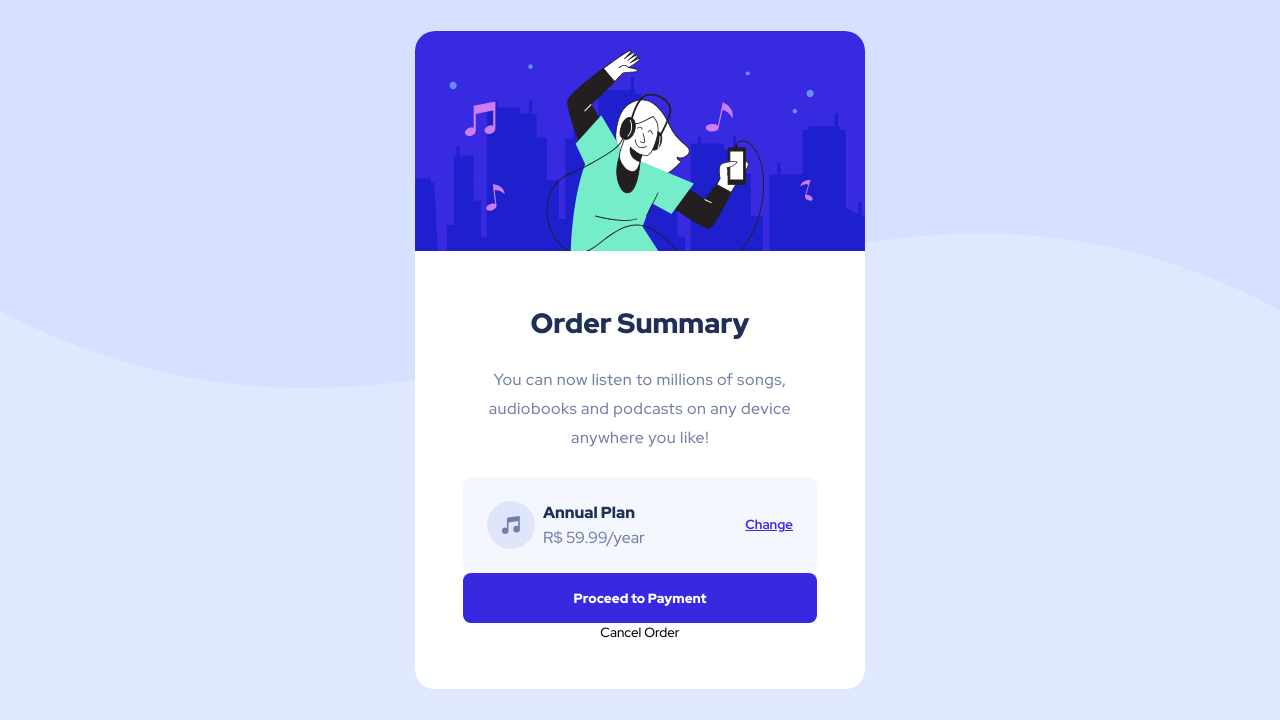
Repository: gccavalheiro/order-summary-card
Page: index.html
An editor plug-in stored every save of this project. The page is shown before and after a run of saves, followed by the edit.
The browser window is 1280 px wide. The pictures show the whole page.
The pointer rests on the first visible `.card-button-payment`.

Above is the page before, as saved 2021-12-17 02:26:01.

After the next 2 saves:
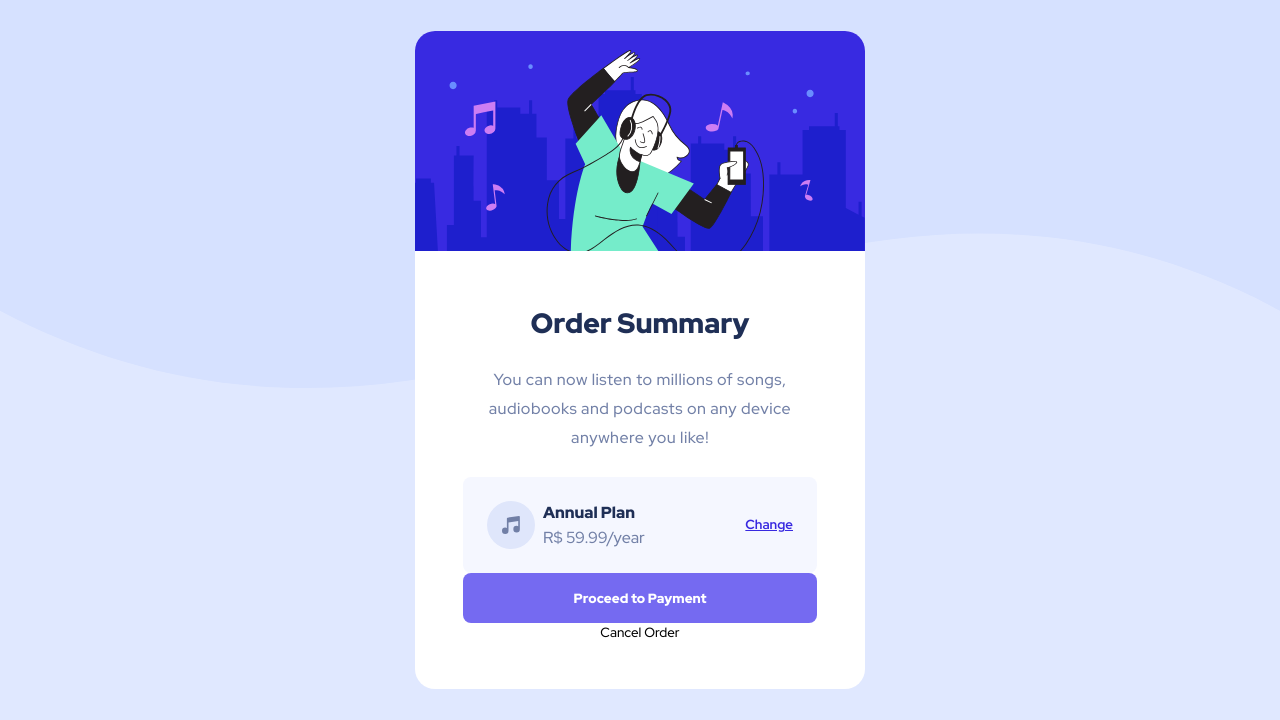
The 2 saves are shown as one change because they came seconds apart.
The last was saved 39 s later.
--- a/assets/css/main.css
+++ b/assets/css/main.css
@@ -138,6 +138,7 @@ main {
   color: var(--desaturated-blue);
   font-size: 700;
 }
+
 .card-plan-button {
   font-size: .825rem;
   color: var(--secondary-bright-blue);
@@ -151,6 +152,7 @@ main {
 .card-plan-button:hover {
   color: var(--variant-blue);
 }
+
 .card-button-payment{
   font-weight: 900;
   padding: 16px 0;
@@ -159,4 +161,9 @@ main {
   background-color: var(--secondary-bright-blue);
   border-radius: 8px;
 }
+
+.card-button-payment:hover {
+  background-color: var(--variant-blue);
+}
+
 .card-button-cancel{}
